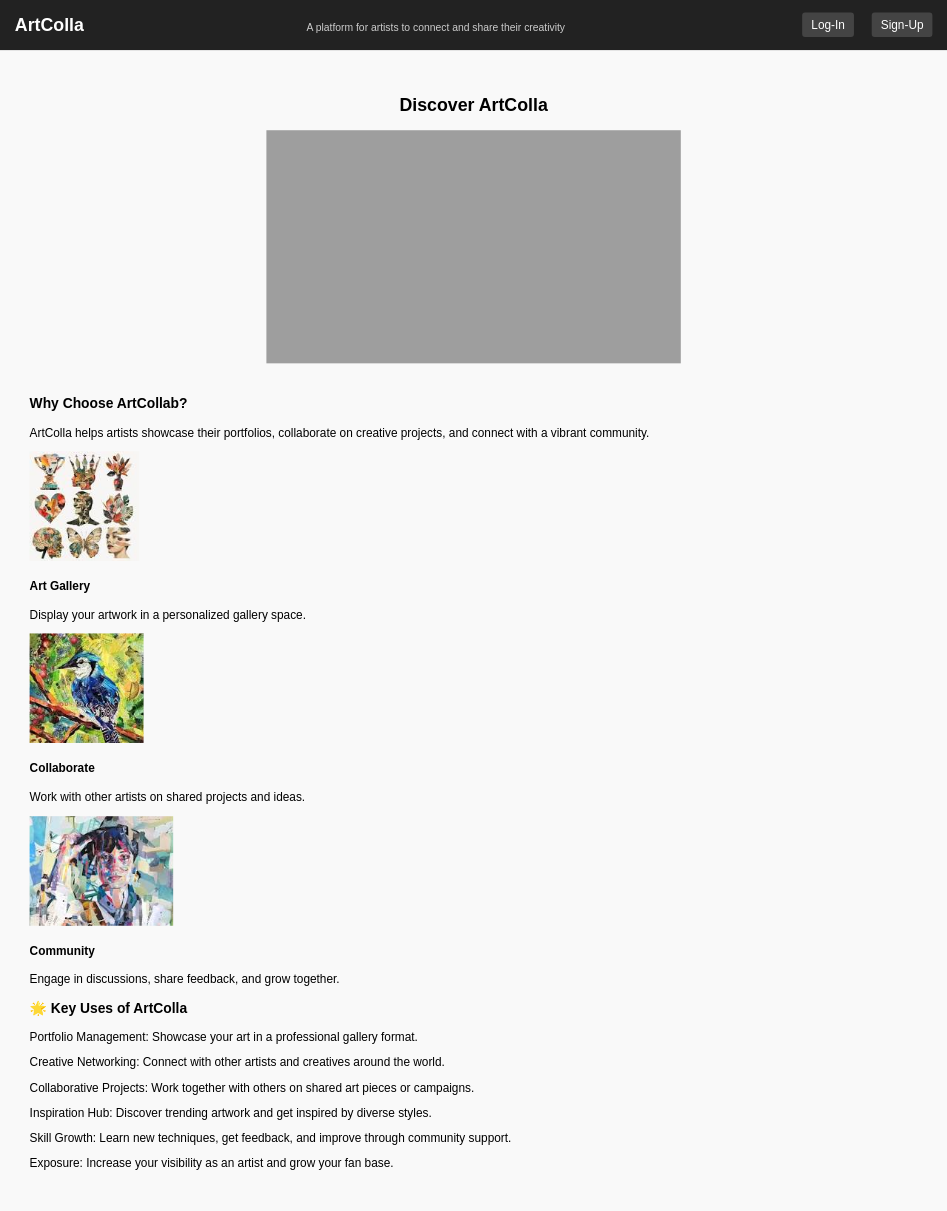
Repository: jeevanReddyP/ArtCollab_App
Page: index.html
These files come from the project's save history. The page is drawn as it stood at one moment and after the next save; the edit follows.
The browser window is 1280 px wide. The pictures show the whole page, at 74% of full size.
Pictures or frames that could not be fetched are drawn as grey boxes.

Above is the page before, as saved 2025-06-11 16:42:55.

After the next save:
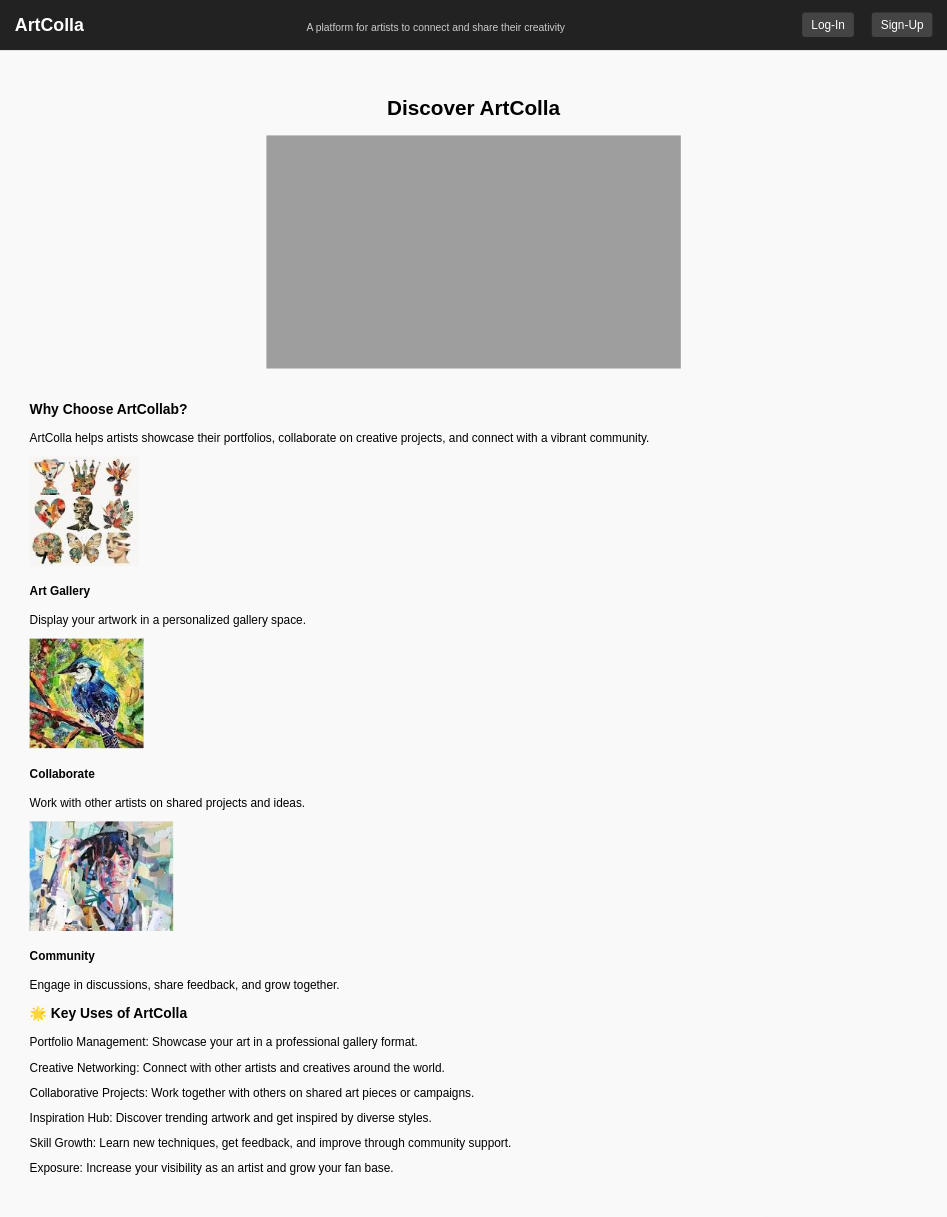
Saved 10 s later.
--- a/index.css
+++ b/index.css
@@ -40,3 +40,7 @@ transition: backgroun-color 0.3s;
   text-align: center;
   margin-bottom: 40px;
 }
+.intro-video h2 {
+  font-size: 28px;
+  margin-bottom: 20px;
+}
